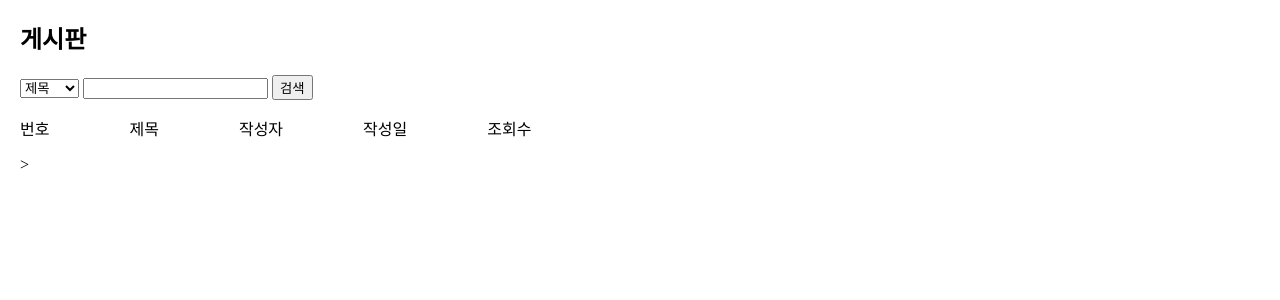
Repository: anydevil0812/board_subject
Page: http://localhost/board/main.jsp
The author's editor kept a copy of each file at every save. The page is drawn from the files as they stood at one save, then again after the next save.
The browser window is 1280 px wide. The pictures show the whole page.
The page is served by Tomcat 9. Other server files are loaded and not shown.

Above is the page before, as saved 2024-10-25 04:33:19.

### board/src/main/webapp/main.jsp
<%@page import="util.DBUtil"%>
<%@page import="java.sql.Connection"%>
<%@ taglib uri="http://java.sun.com/jsp/jstl/core" prefix="c"%>
<%@ page contentType="text/html;charset=UTF-8" language="java" %>
<%@ page import="java.util.List" %>
<%@ page import="dto.BoardDTO" %>
<%@ page import="dao.BoardDAO" %>

<%

	Connection conn = DBUtil.connect();
	BoardDTO dto = new BoardDTO();
	BoardDAO dao = new BoardDAO();

%>
<html>
<head>
    <title>Subject1-3</title>
    <link rel="stylesheet" href="./css/1.css"/>
</head>
<body>
    <h2>게시판</h2>
    <form action="" method="post">
	   <span>
	       <select name="search-category">
	           <option>제목</option>
	           <option>작성자</option>
	           <option>내용</option>
	       </select>
	   </span>
	   <span>
	       <input type="text" name="search-text">
	   </span>
	   <span>
	       <button name="search-button">검색</button>
	   </span>
	</form>
    <div class="board-title">
        <dl>
            <dt id="number">번호</dt>
            <dt id="title">제목</dt>
            <dt id="writer">작성자</dt>
            <dt id="date">작성일</dt>
            <dt id="views">조회수</dt>
        </dl>
    </div>
    <div class="board-list">
    	<c:forEach var="dto" items="${lists}">
	        <dl>
	            <dd>${dto.num}</dd>
	            <dd>
	            	<a href="${articleUrl}&num=${dto.num}">
                    	${dto.subject}
               		</a>
	            </dd>
	            <dd>${dto.name}</dd>
	            <dd>${dto.date}</dd>
	            <dd>${dto.count}</dd>
	        </dl>
        </c:forEach>>
    </div>
    <c:forEach var="post" items="${posts}">
        <div class="forward">
            <div class="post-title">${post.title}</div>
            <div>${post.content}</div>
            <div>작성자: ${post.username}</div>
        </div>
    </c:forEach>
</body>
</html>

### board/src/main/java/util/DBUtil.java
package util;

import java.sql.Connection;
import java.sql.DriverManager;
import java.sql.ResultSet;
import java.sql.SQLException;
import java.sql.Statement;

public class DBUtil {

	 public static Connection connect() throws SQLException, ClassNotFoundException {
		 	String driver ="oracle.jdbc.driver.OracleDriver";
	        String db_url = "jdbc:oracle:thin:@localhost:1521:xe";
	        String db_id = "SYSTEM";
	        String db_pw = "20241014!";
	        Class.forName(driver);

	        return DriverManager.getConnection(db_url, db_id, db_pw);
	 }

     public static void close(Connection con, Statement stmt, ResultSet rset) {
        try {
            if (rset != null) {
                rset.close();
                rset = null;
            }
            if (stmt != null) {
                stmt.close();
                stmt = null;
            }
            if (con != null) {
                con.close();
                con = null;
            }
        } catch (SQLException e) {
            e.printStackTrace();
        }
     }

}

### board/src/main/java/dto/BoardDTO.java
package dto;

public class BoardDTO {

	int num;

	String title;

	String name;

	String date;

	String views;

	public int getNum() {
		return num;
	}

	public void setNum(int num) {
		this.num = num;
	}

	public String getTitle() {
		return title;
	}

	public void setTitle(String title) {
		this.title = title;
	}

	public String getName() {
		return name;
	}

	public void setName(String name) {
		this.name = name;
	}

	public String getDate() {
		return date;
	}

	public void setDate(String date) {
		this.date = date;
	}

	public String getViews() {
		return views;
	}

	public void setViews(String views) {
		this.views = views;
	}

}

### board/src/main/webapp/css/1.css
body {
    margin: 20px;
}

.content {
    width: 70%;
    margin: 0 auto;
}

.board-title dl {
    display: flex;
}

.board-title dt {
	margin-right: 80px;
}

.forward {
    border: 1px solid #ccc;
    margin: 10px 0;
    padding: 10px;
}

.post-title {
    font-weight: bold;
    font-size: 1.2em;
}

.form-container {
    margin-bottom: 20px;
}

After the next save:
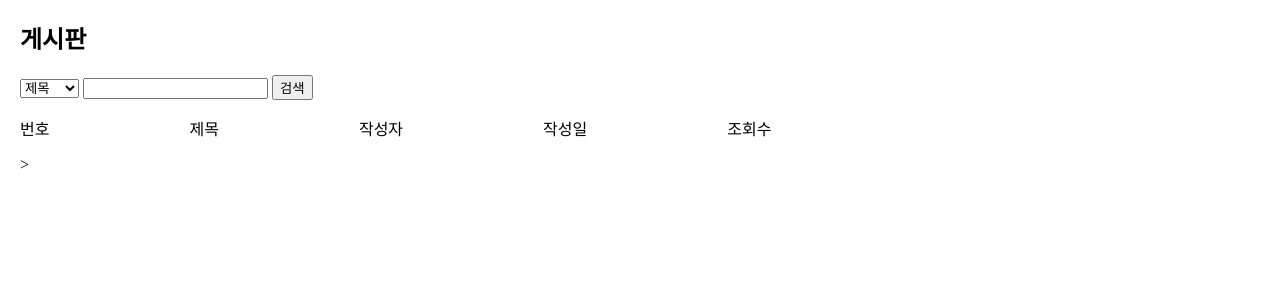
Saved 32 s later.
--- a/board/src/main/webapp/css/1.css
+++ b/board/src/main/webapp/css/1.css
@@ -12,13 +12,17 @@ body {
 }
 
 .board-title dt {
-	margin-right: 80px;
+	margin-right: 140px;
 }
 
 .forward {
     border: 1px solid #ccc;
     margin: 10px 0;
     padding: 10px;
+}
+
+#number {
+
 }
 
 .post-title {
